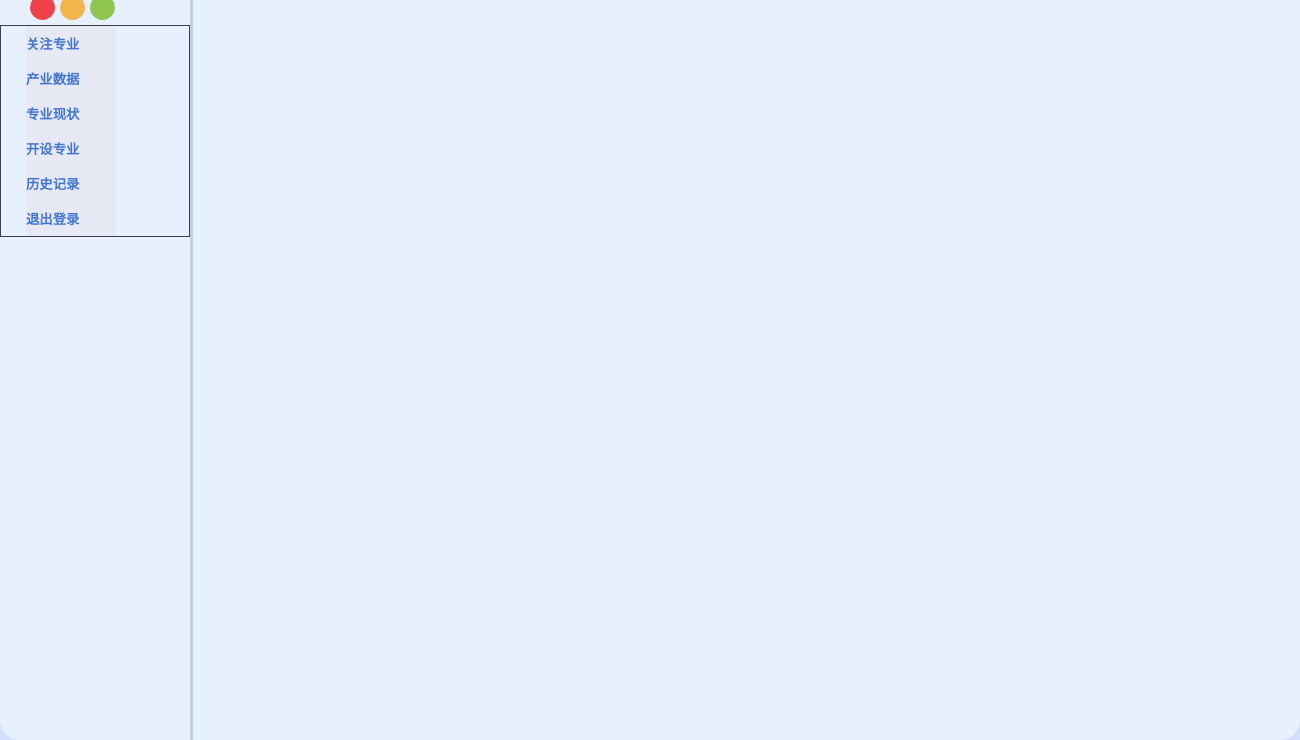
Repository: akaCSDN/test
Page: 2.1主页.html
An editor plug-in stored every save of this project. The page is shown before and after the next save, followed by the edit.
The browser window is 1280 px wide. The page is 1300 px wide, so the pictures cover 1300 px, including what lies to the right of the window. The pictures show the whole page.

Above is the page before, as saved 2022-12-02 14:08:27.

After the next save:
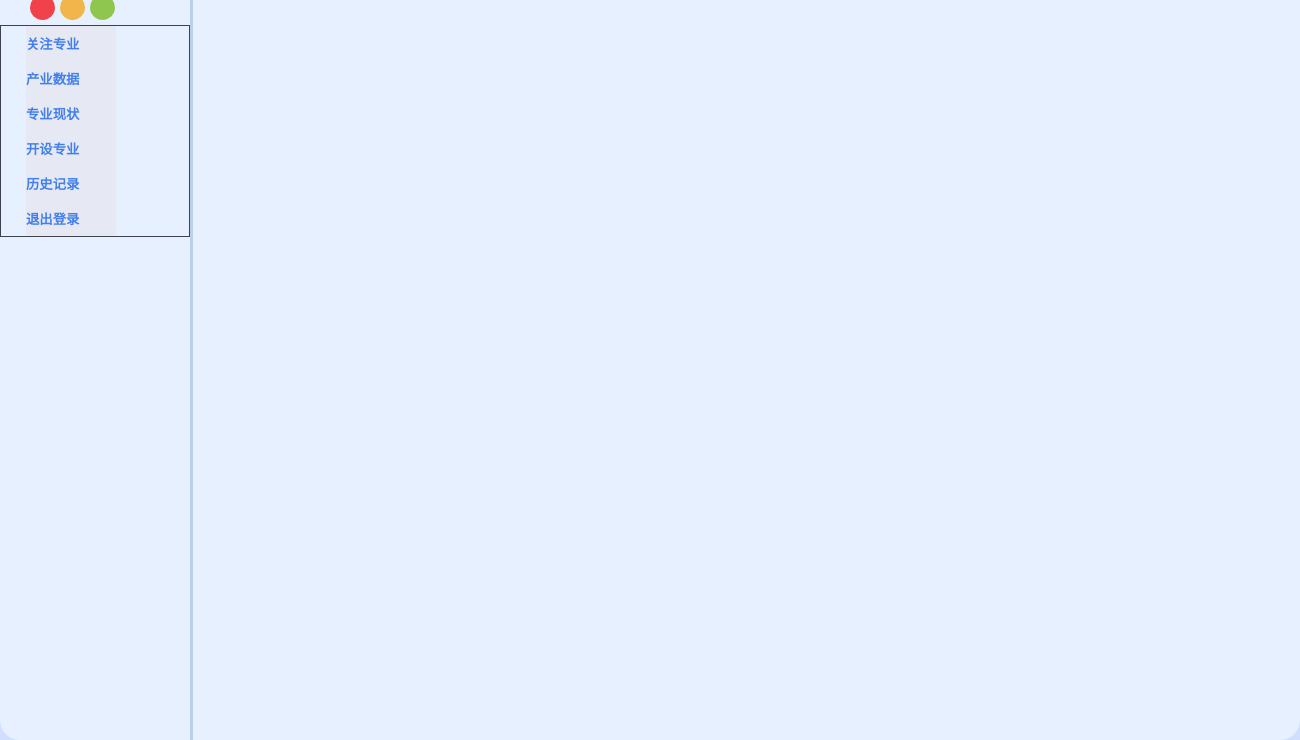
Saved 6 s later.
--- a/2.1主页.html
+++ b/2.1主页.html
@@ -64,7 +64,7 @@
             height: 35px;
             text-align: left;
             margin-left: 25px;
-            color: rgb(6, 74, 191);
+            color: rgb(7, 88, 229);
             font-weight: 600;
         }
     </style>
